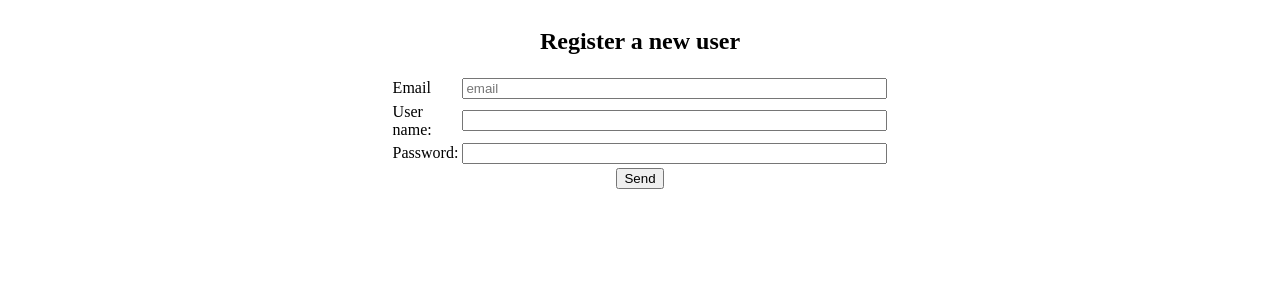
Repository: UnforgivenZZZ/bulldog
Page: http://localhost/bulldog/EmailForm.jsp
An editor plug-in stored every save of this project. The page is shown before and after the next save, followed by the edit.
The browser window is 1280 px wide. The pictures show the whole page.
The page is served by Tomcat 9. Other server files are loaded and not shown.

Above is the page before, as saved 2017-07-07 05:17:12.

### bulldog/WebContent/EmailForm.jsp
<%@ page language="java" contentType="text/html; charset=ISO-8859-1"
    pageEncoding="ISO-8859-1"%>
<!DOCTYPE html PUBLIC "-//W3C//DTD HTML 4.01 Transitional//EN" "http://www.w3.org/TR/html4/loose.dtd">
<html>
<head>
<meta http-equiv="Content-Type" content="text/html; charset=ISO-8859-1">
<title>Send an e-mail</title>
</head>
<body>
    <form action="EmailSendingServlet" method="post">
        <table border="0" width="35%" align="center">
            <caption><h2>Register a new user</h2></caption>
            <tr>
                <td width="50%">Email </td>
                <td><input type="text" placeholder="email" name="contact"  size="50"</td>
            </tr>
            <tr>
                <td>User name: </td>
                <td><input type="text" name="subject" size="50"/></td>
            </tr>
            <tr>
                <td>Password: </td>
                <td><input type="text" name="subject" size="50"/></td>
            </tr>
            <tr>
                <td colspan="2" align="center"><input type="submit" value="Send"/></td>
            </tr>
        </table>

    </form>
</body>
</html>

After the next save:
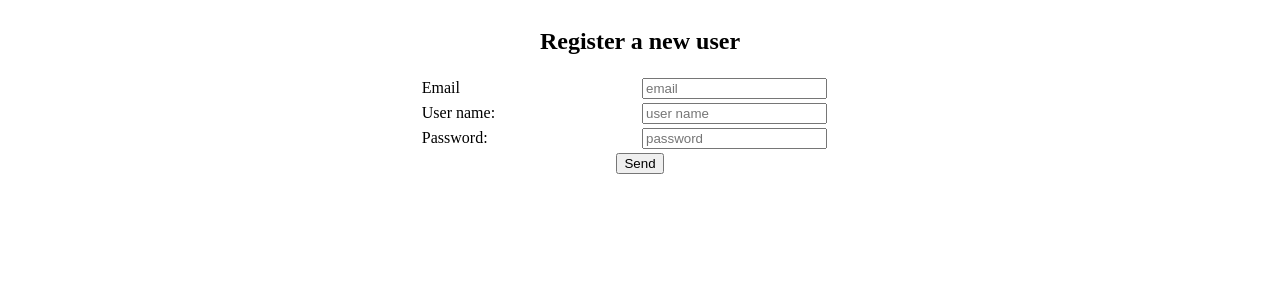
Saved 2 min 20 s later.
--- a/bulldog/WebContent/EmailForm.jsp
+++ b/bulldog/WebContent/EmailForm.jsp
@@ -12,15 +12,15 @@
             <caption><h2>Register a new user</h2></caption>
             <tr>
                 <td width="50%">Email </td>
-                <td><input type="text" placeholder="email" name="contact"  size="50"</td>
+                <td><input type="text" placeholder="email" name="contact"/></td>
             </tr>
             <tr>
                 <td>User name: </td>
-                <td><input type="text" name="subject" size="50"/></td>
+                <td><input type="text" placeholder="user name" name="username"/></td>
             </tr>
             <tr>
                 <td>Password: </td>
-                <td><input type="text" name="subject" size="50"/></td>
+                <td><input type="text" placeholder="password" name="pin"/></td>
             </tr>
             <tr>
                 <td colspan="2" align="center"><input type="submit" value="Send"/></td>
